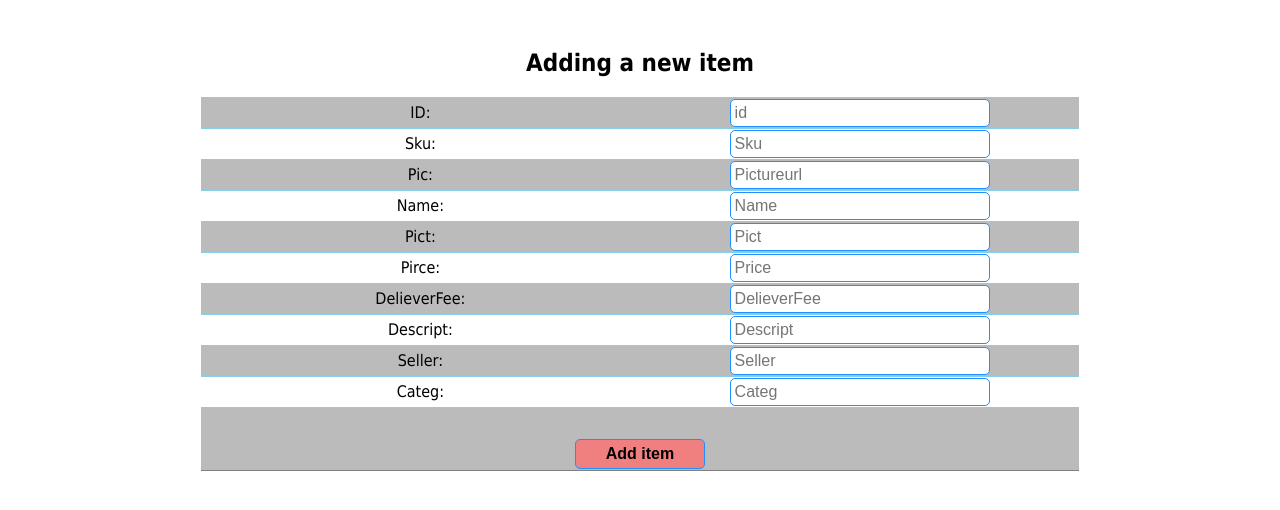
Repository: UnforgivenZZZ/bulldog
Page: http://localhost/bulldog/addingitem.jsp
An editor plug-in stored every save of this project. The page is shown before and after the next save, followed by the edit.
The browser window is 1280 px wide. The pictures show the whole page.
The page is served by Tomcat 9. Other server files are loaded and not shown.

Above is the page before, as saved 2017-07-13 02:02:35.

### bulldog/WebContent/addingitem.jsp
<!DOCTYPE html PUBLIC "-//W3C//DTD HTML 4.01 Transitional//EN" "http://www.w3.org/TR/html4/loose.dtd">
<html>
<head>
<meta http-equiv="Content-Type" content="text/html; charset=ISO-8859-1">
<title>Adding new item</title>
<link type="text/css" rel="stylesheet" href="css/add-products-style.css">
<link type="text/css" rel="stylesheet" href="css/style.css">
</head>
<body>

<!-- 	id,sku,pic,name,pict,price,delieverFee,descript,seller,categ,postDate -->
    <form action="adding" method="post">
        <table border="0" width="45%" align="center">


			<caption><h2>Adding a new item</h2></caption>


             <tr>
                <td width="50%">ID: </td>
                <td><input type="text" placeholder="id" name="_id"></td>
            </tr>
             <tr>
                <td width="50%">Sku: </td>
                <td><input type="text" placeholder="Sku" name="_Sku"></td>
            </tr>
            <tr>
                <td>Pic: </td>
                <td><input type="text" placeholder="Pictureurl" name="_Pictureurl"></td>
            </tr>
            <tr>
                <td>Name: </td>
                <td><input type="text" placeholder="Name" name="_Name"></td>
            </tr>
             <tr>
                <td>Pict: </td>
                <td><input type="text" placeholder="Pict" name="_Pict"></td>
            </tr>
             <tr>
                <td>Pirce: </td>
                <td><input type="text" placeholder="Price" name="_Price"></td>
            </tr>
            <tr>
                <td>DelieverFee: </td>
                <td><input type="text" placeholder="DelieverFee" name="_DelieverFee"></td>
            </tr>
            <tr>
                <td>Descript: </td>
                <td><input type="text" placeholder="Descript" name="_Descript"></td>
            </tr>
             <tr>
                <td>Seller: </td>
                <td><input type="text" placeholder="Seller" name="_Seller"></td>
            </tr>
            <tr>
                <td>Categ: </td>
                <td><input type="text" placeholder="Categ" name="_Categ"></td>
            </tr>



			<br/>

            <tr>
            <!-- change to onlick cannot proces if not working with duplicate -->
                <td colspan="2" align="center"><input type="Submit" value="Add item" class="save"/></td>
            </tr>
        </table>

    </form>
</body>
</html>

### bulldog/WebContent/css/add-products-style.css
form {
	margin-top: 10px;
}

label {
	font-size: 16px;
	width: 100px;
	display: block;
	text-align: right;
	margin-right: 10px;
	margin-top: 8px;
	margin-bottom: 8px;
}

input {
	width: 250px;
	border: 1px solid 	#1E90FF;
	border-radius: 5px;
	padding: 4px;
	font-size: 16px;
}

.save {
	font-weight: bold;
	width: 130px;
	padding: 5px 10px;
	margin-top: 30px;
	background: #F08080;
}

table {
	border-style:none;
	width:50%;
}

tr:nth-child(even) {background:#4169E1}
tr:nth-child(odd) {background: #4169E1}

tr {
	border-style:none;
	text-align:left;
}

### bulldog/WebContent/css/style.css
html, body{
	margin-left:15px; margin-right:15px;
	padding:0px;
	font-family:Verdana, Arial, Helvetica, sans-serif;
}

table {
	border-collapse:collapse;
	border-bottom:1px solid gray;
	font-family: Tahoma,Verdana,Segoe,sans-serif;
	width:72%;
}

th {
	border-bottom:1px solid gray;
	background:none repeat scroll 0 0 #0775d3;
	padding:10px;
	color: #FFFFFF;
}

tr {
	border-top:1px solid 	#87CEEB;
	text-align:center;
}

tr:nth-child(even) {background: #FFFFFF}
tr:nth-child(odd) {background: #BBBBBB}

#wrapper {width: 100%; margin-top: 0px; }
#header {width: 70%; background: #0775d3; margin-top: 0px; }
#header h2 {width: 100%; margin:auto; color: #FFFFFF;}
#container {width: 100%; margin:auto}
#container h3 {color: #000;}
#container #content {margin-top: 20px;}

.add-student-button {
	border: 1px solid #666;
	border-radius: 5px;
	padding: 4px;
	font-size: 12px;
	font-weight: bold;
	width: 120px;
	padding: 5px 10px;

	margin-bottom: 15px;
	background: #cccccc;
}

After the next save:
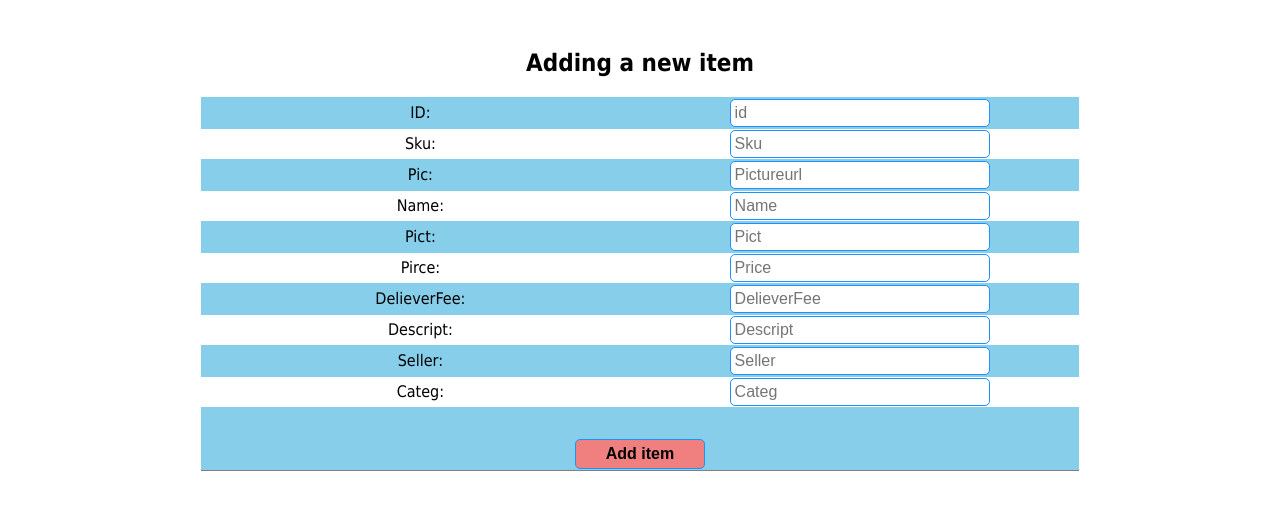
Saved 63 s later.
--- a/bulldog/WebContent/css/style.css
+++ b/bulldog/WebContent/css/style.css
@@ -24,7 +24,7 @@ tr {
 }
 
 tr:nth-child(even) {background: #FFFFFF}
-tr:nth-child(odd) {background: #BBBBBB}
+tr:nth-child(odd) {background: #87CEEB}
 
 #wrapper {width: 100%; margin-top: 0px; }
 #header {width: 70%; background: #0775d3; margin-top: 0px; }
